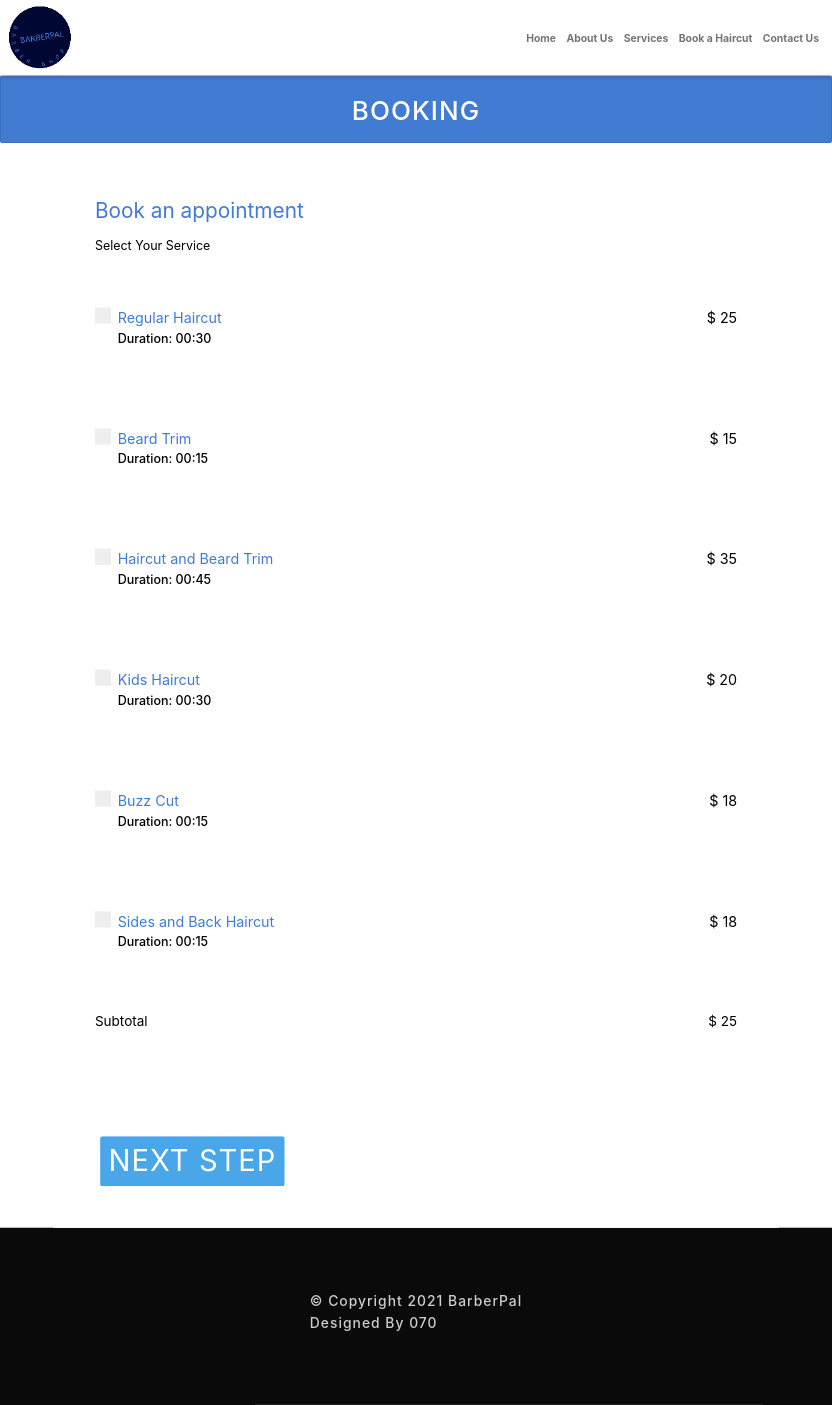
Repository: ofovweewere/haircutPal
Page: /services
The author's editor kept a copy of each file at every save. The page is drawn from the files as they stood at one save, then again after the next save.
The browser window is 1280 px wide. The pictures show the whole page, at 65% of full size.
The project was rebuilt for these pictures with package versions that can differ from the ones it lists, and the page was loaded fresh each time. Also part of the build but not shown: src/tutorial/0-Practice/bookCut.js, src/tutorial/0-Practice/about.js, src/tutorial/0-Practice/servicesAndProducts.js, src/tutorial/0-Practice/contact.js, src/tutorial/0-Practice/landing.js, src/tutorial/0-Practice/error.js.

Above is the page before, as saved 2022-06-24 12:33:50.

After the next save:
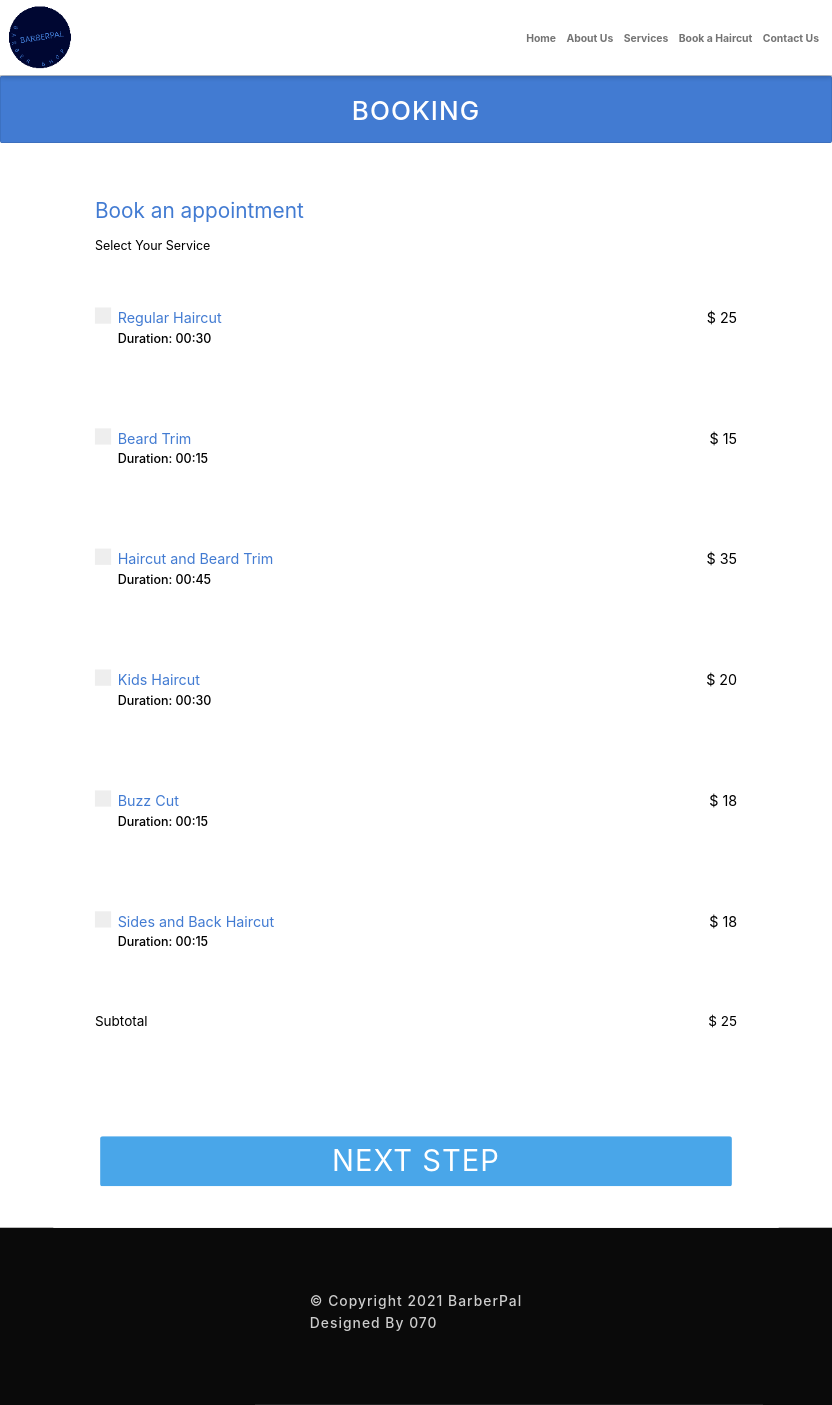
Saved 119 s later.
--- a/src/tutorial/0-Practice/blueButton.js
+++ b/src/tutorial/0-Practice/blueButton.js
@@ -36,8 +36,8 @@ const BlueButton = ({title, description}) => {
               </thead>
               <tbody>
                 <tr class="smallTextTwo" style={{ color: 'black', fontWeight: 'normal' }}>
-                  <td>
-                     <button className="btn" style={{ fontSize: '2.8rem' }}>
+                  <td style={{display:'flex'}}>
+                     <button className="btn" style={{ fontSize: '2.8rem', flexGrow: '1' }}>
                        {title}
                     </button>
                   </td>
